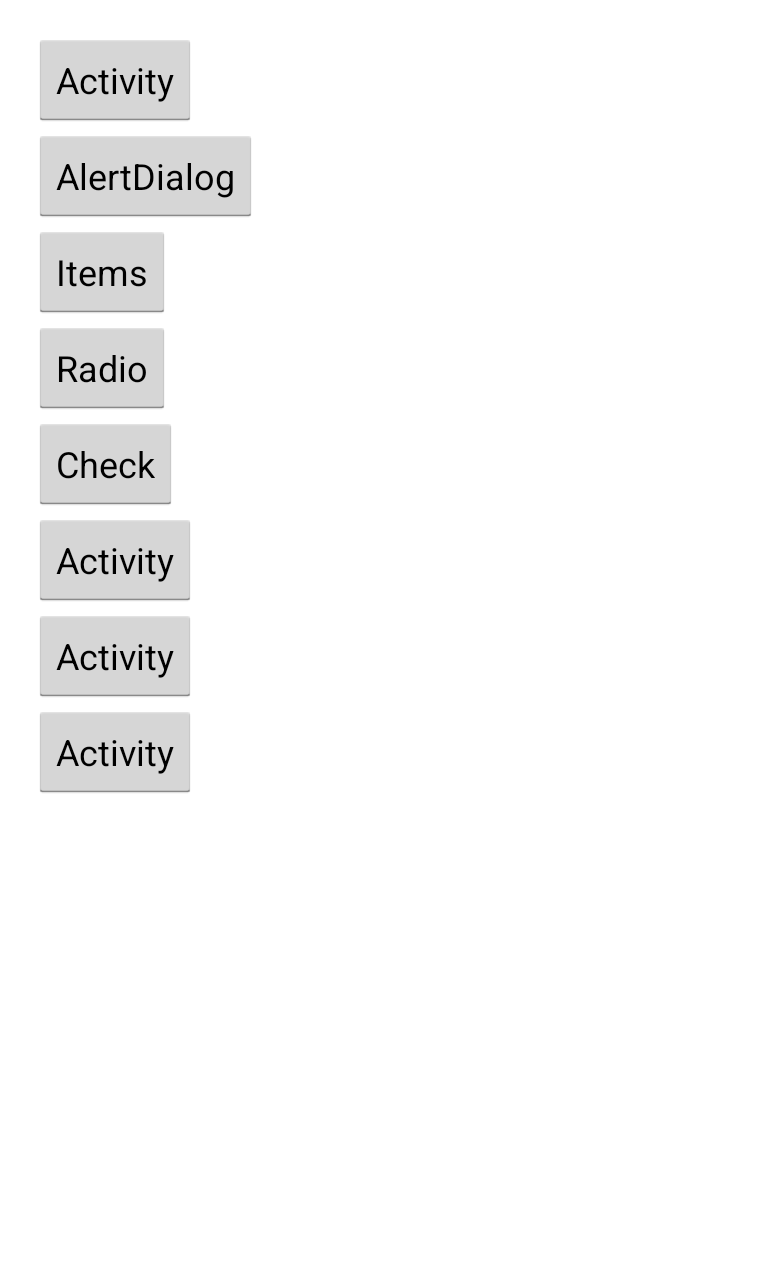
Repository: felipemfp/android-workspace
Layout: Aula05/res/layout/activity_main.xml
An editor plug-in stored every save of this project. The layout is shown before and after the next save, followed by the edit.
It is drawn on a 768 x 1280 px phone screen (xhdpi) without system bars, with theme AppTheme; the app's code is not run.

Above is the layout before, as saved 2015-12-15 11:54:34.

### Aula05/res/layout/activity_main.xml
<LinearLayout xmlns:android="http://schemas.android.com/apk/res/android"
    xmlns:tools="http://schemas.android.com/tools"
    android:layout_width="match_parent"
    android:layout_height="match_parent"
    android:orientation="vertical"
    android:paddingBottom="@dimen/activity_vertical_margin"
    android:paddingLeft="@dimen/activity_horizontal_margin"
    android:paddingRight="@dimen/activity_horizontal_margin"
    android:paddingTop="@dimen/activity_vertical_margin"
    tools:context=".MainActivity" >

   	<Button
   	    android:layout_width="wrap_content"
   	    android:layout_height="wrap_content"
   	    android:text="Activity"
   	   	android:id="@+id/btnActivity"/>


   	<Button
   	    android:layout_width="wrap_content"
   	    android:layout_height="wrap_content"
   	    android:text="AlertDialog"
   	   	android:id="@+id/btnDialog1"/>


   	<Button
   	    android:layout_width="wrap_content"
   	    android:layout_height="wrap_content"
   	    android:text="Items"
   	   	android:id="@+id/btnDialog2"/>

   	<Button
   	    android:layout_width="wrap_content"
   	    android:layout_height="wrap_content"
   	    android:text="Radio"
   	   	android:id="@+id/btnDialog3"/>

   	<Button
   	    android:layout_width="wrap_content"
   	    android:layout_height="wrap_content"
   	    android:text="Check"
   	   	android:id="@+id/btnDialog4"/>

   	<Button
   	    android:layout_width="wrap_content"
   	    android:layout_height="wrap_content"
   	    android:text="Activity"
   	   	android:id="@+id/btnDialog5"/>

   	<Button
   	    android:layout_width="wrap_content"
   	    android:layout_height="wrap_content"
   	    android:text="Activity"
   	   	android:id="@+id/btnDialog6"/>


   	<Button
   	    android:layout_width="wrap_content"
   	    android:layout_height="wrap_content"
   	    android:text="Activity"
   	   	android:id="@+id/btnDialog7"/>

</LinearLayout>

Loaded but not shown: Aula05/res/values/styles.xml (common file); Aula05/res/values-v11/styles.xml (common file); Aula05/res/values-v14/styles.xml (common file); Aula05/res/values/dimens.xml (common file)

After the next save:
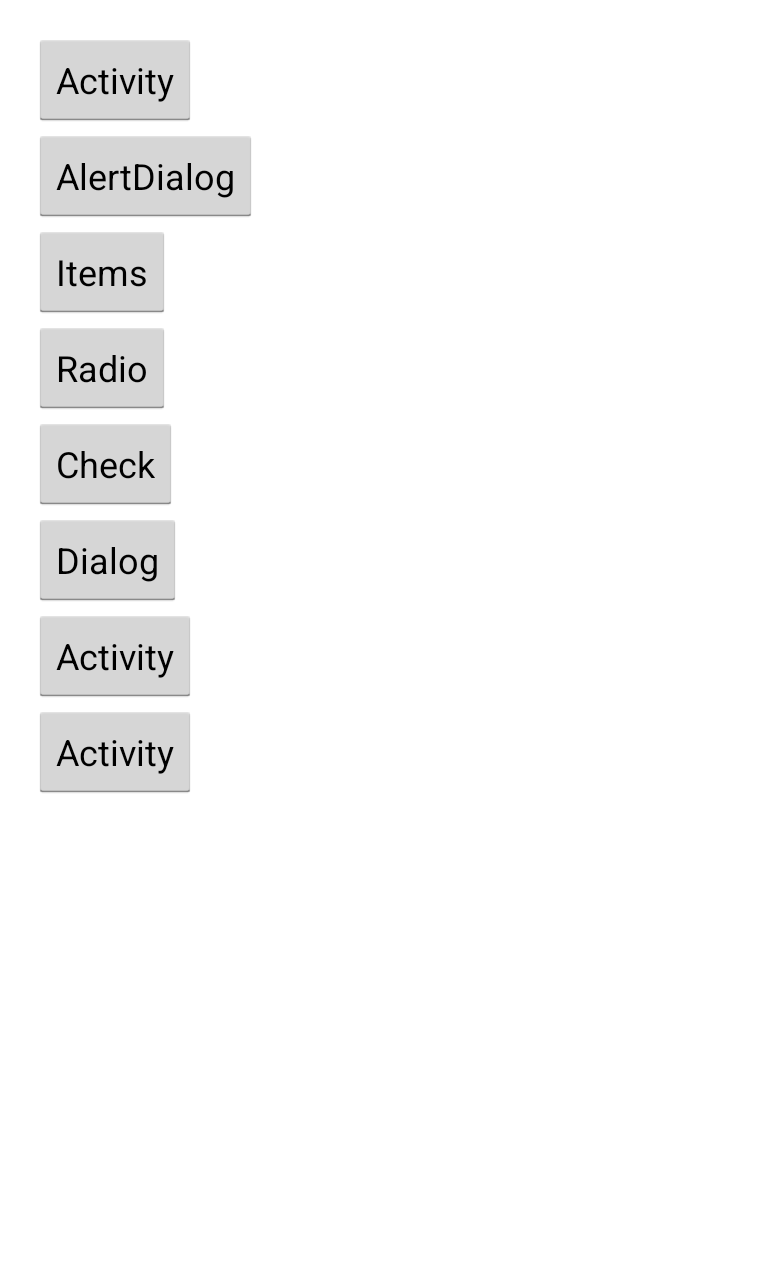
Saved 4 s later.
--- a/Aula05/res/layout/activity_main.xml
+++ b/Aula05/res/layout/activity_main.xml
@@ -44,7 +44,7 @@
    	<Button
    	    android:layout_width="wrap_content"
    	    android:layout_height="wrap_content"
-   	    android:text="Activity"
+   	    android:text="Dialog"
    	   	android:id="@+id/btnDialog5"/>
 
    	<Button
